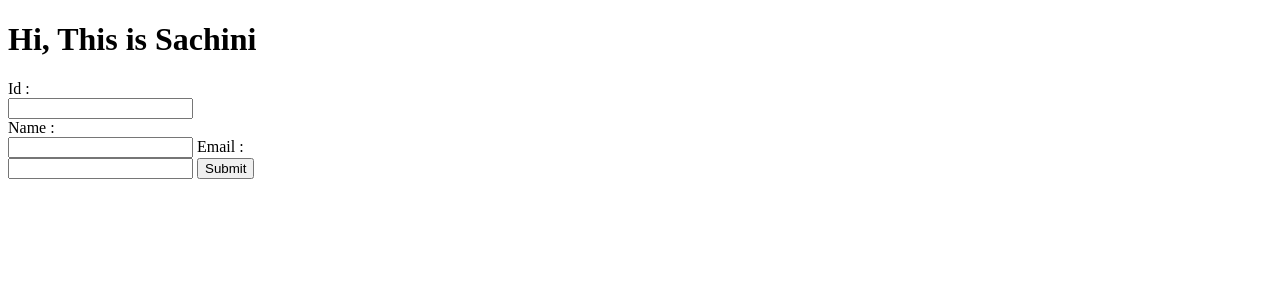
Repository: sach7691/eclipse-projects
Page: http://localhost/home-work-project/home.jsp
An editor plug-in stored every save of this project. The page is shown before and after the next save, followed by the edit.
The browser window is 1280 px wide. The pictures show the whole page.
The page is served by Tomcat 9. Other server files are loaded and not shown.

Above is the page before, as saved 2022-08-10 22:41:15.

### home-work-project/src/main/webapp/home.jsp
<%@ page language="java" contentType="text/html; charset=ISO-8859-1"
    pageEncoding="ISO-8859-1"%>
<!DOCTYPE html>
<html>
<head>
<meta charset="ISO-8859-1">
<title>Insert title here</title>
</head>
<body>
<h1>Hi, This is Sachini</h1>
<form action="http://localhost:8080/home-work-project/HomeController" method="POST">

  <label for="Id">Id :</label><br>
  <input type="text" id="Id" name="Id"><br>
  <label for="name">Name :</label><br>
  <input type="text" id="name" name="name">
  <label for="email">Email :</label><br>
  <input type="text" id="email" name="email">
  <input type="submit" value="Submit">


</form>

</body>
</html>

After the next save:
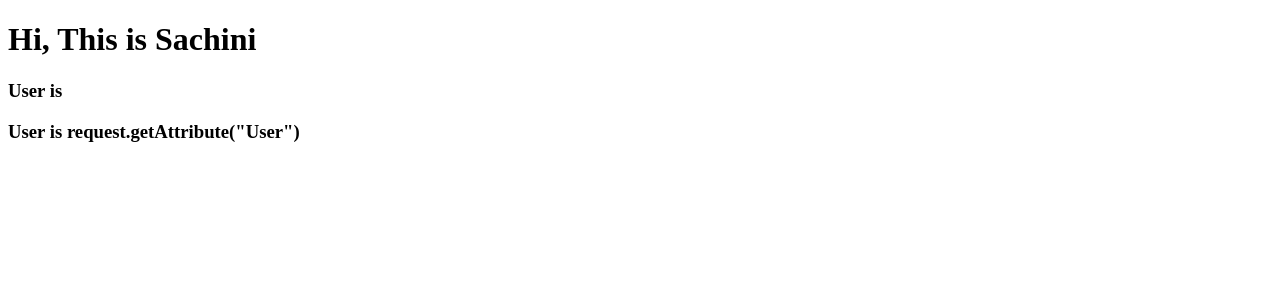
Saved 77 s later.
--- a/home-work-project/src/main/webapp/home.jsp
+++ b/home-work-project/src/main/webapp/home.jsp
@@ -10,13 +10,9 @@
 <h1>Hi, This is Sachini</h1>
 <form action="http://localhost:8080/home-work-project/HomeController" method="POST">
 
-  <label for="Id">Id :</label><br>
-  <input type="text" id="Id" name="Id"><br>
-  <label for="name">Name :</label><br>
-  <input type="text" id="name" name="name">
-  <label for="email">Email :</label><br>
-  <input type="text" id="email" name="email">
-  <input type="submit" value="Submit">
+  <h3> User is ${User}</h3>
+
+ <h3> User is request.getAttribute("User")</h3>
 
 
 </form>
